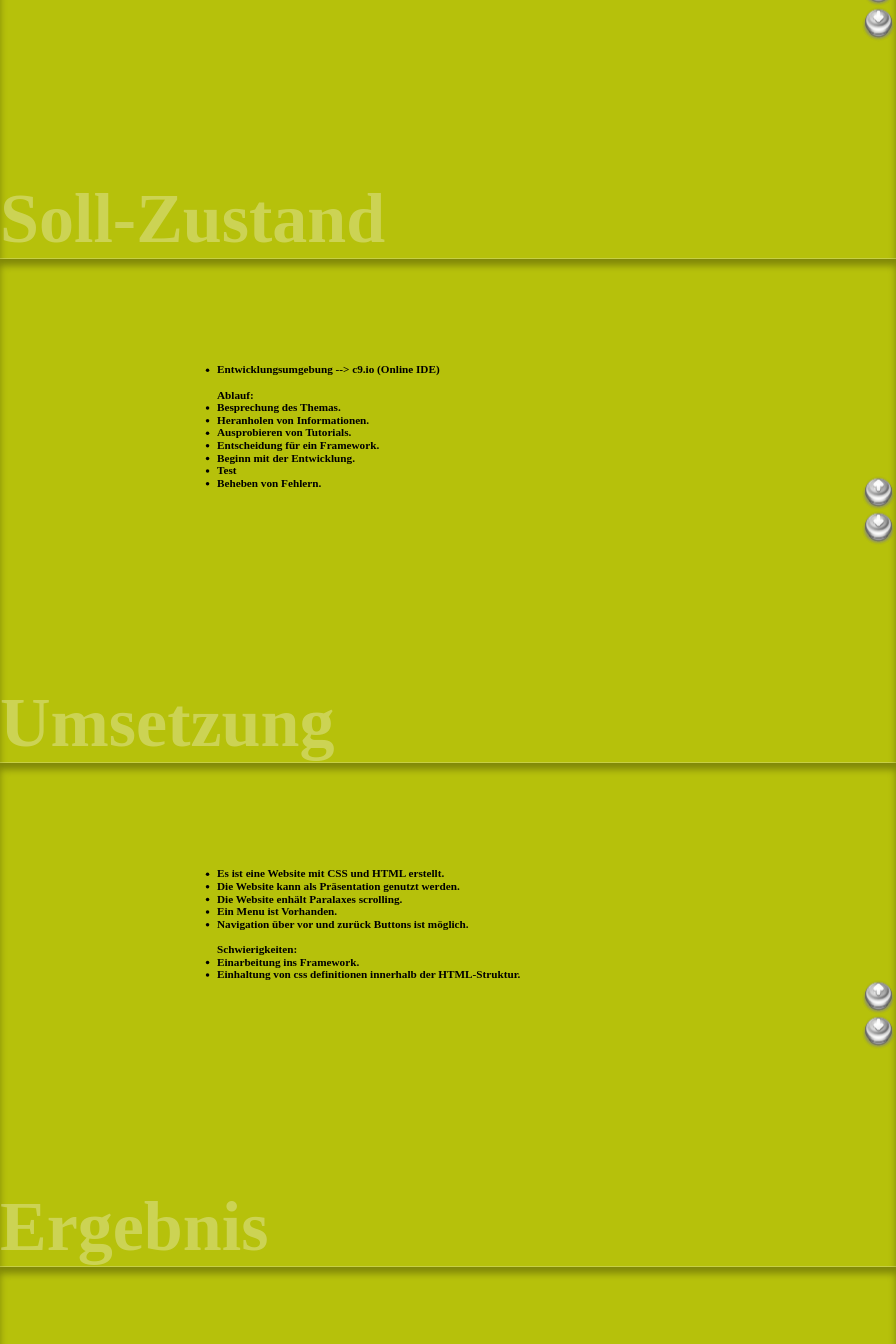
Repository: ennswi/websiteproject
Page: index.html
The author's editor kept a record of every edit. The page is drawn from the files as they stood at one moment, then again after the next edit.
The browser window is 1280 px wide. The pictures show the part of the page from y = 1809 to 3729 px (the page is 5058 px tall), at 70% of full size.

Above is the page before.

After the next edit:
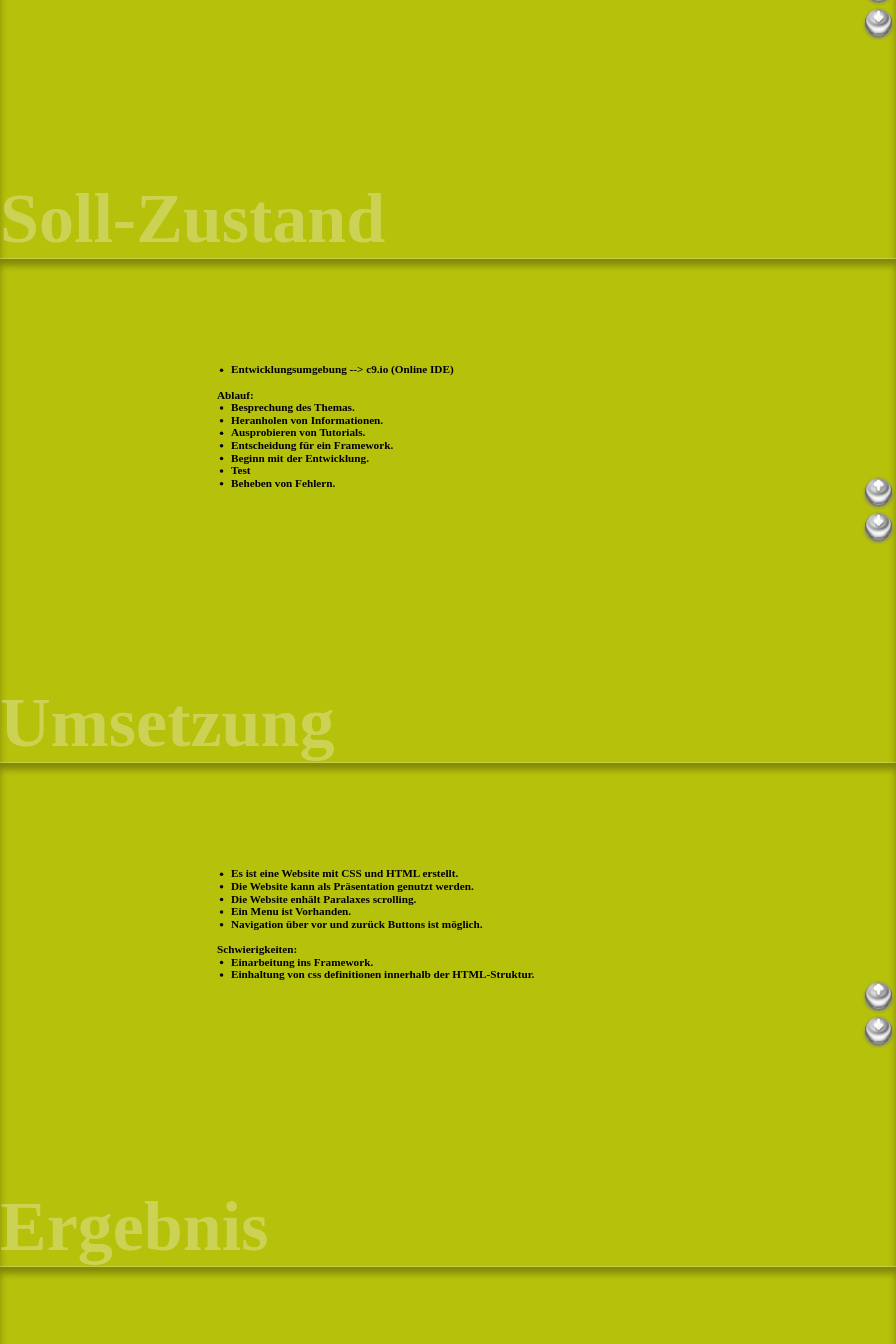
The edit:
--- a/css/style.css
+++ b/css/style.css
@@ -404,3 +404,7 @@
 .info ul{
     padding-left:20px;
 }
+
+.info ol{
+    padding-left:20px;
+}
